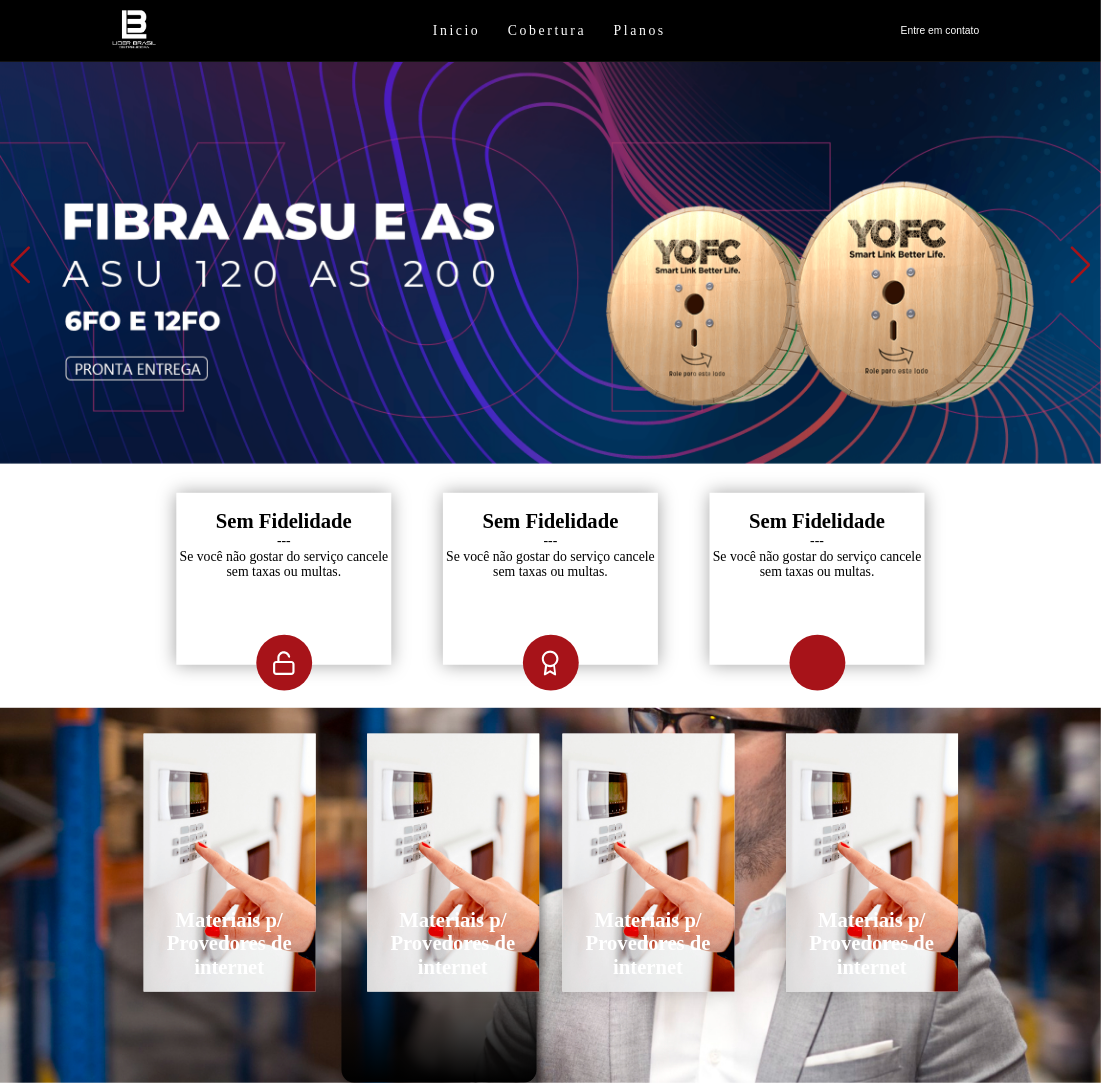
Repository: mateus-henrique-silva/Novo_institucional_lider
Page: index.html
These files come from the project's save history. The page is drawn as it stood at one moment and after a run of saves; the edit follows.
The browser window is 1280 px wide. The pictures show the whole page, at 86% of full size.
Backgrounds fixed to the window are drawn as part of the page. Some web fonts or font styles are not loaded; a fallback is used.

Above is the page before, as saved 2022-09-06 10:19:53.
Console error: SyntaxError: Identifier 'MobileNavbar' has already been declared

After the next 3 saves:
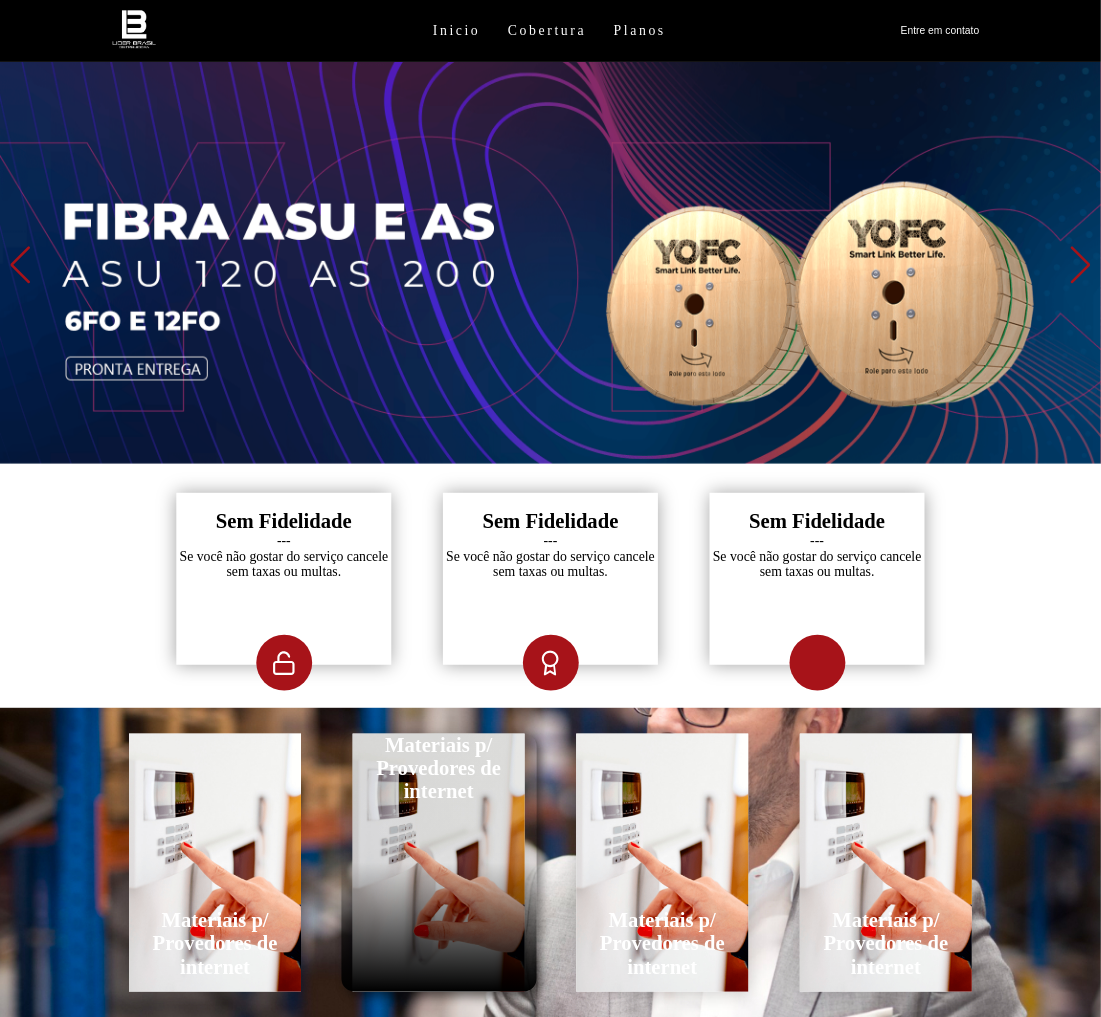
The 3 saves are shown as one change because they came seconds apart.
The last was saved 12 s later.
--- a/index.html
+++ b/index.html
@@ -187,8 +187,9 @@
             </li>
 
             <li>
-              <div class="back-radient">
-              <div class="products">
+
+              <div class="products">
+                <div class="back-radient">
                 <button>text</button>
                 <div>
                   <h2>Materiais p/ Provedores de internet</h2>
